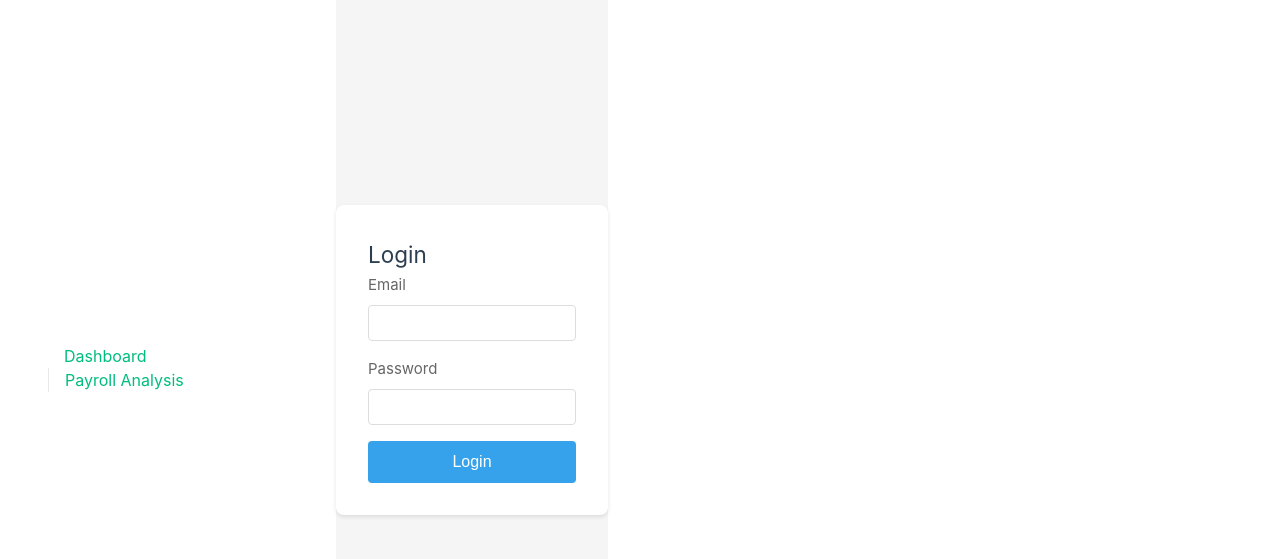
Repository: nino-pixel/payroll
Page: /login (app in web_vue/)
An editor plug-in stored every save of this project. The page is shown before and after the next save, followed by the edit.
The browser window is 1280 px wide. The pictures show the whole page.
The project was rebuilt for these pictures with package versions that can differ from the ones it lists, and the page was loaded fresh each time. Also part of the build but not shown: web_vue/vite.config.ts, web_vue/src/components/dashboard/Dashboard.vue, web_vue/src/components/payroll/PayrollDashboard.vue.

Above is the page before, as saved 2024-12-16 15:40:21.

After the next save:
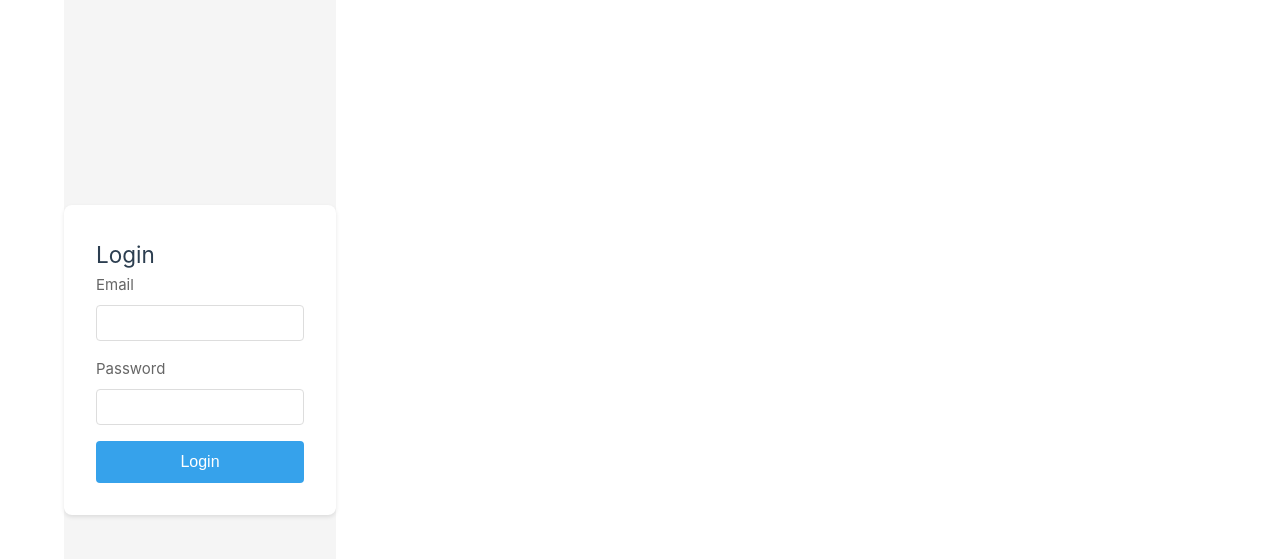
Saved 3 s later.
--- a/web_vue/src/App.vue
+++ b/web_vue/src/App.vue
@@ -1,13 +1,20 @@
 <script setup lang="ts">
 import { RouterLink, RouterView } from 'vue-router'
+import { useAuthStore } from './stores/auth'
+
+const auth = useAuthStore()
 </script>
 
 <template>
   <div id="app">
-    <header>
+    <header v-if="auth.isAuthenticated">
       <nav>
         <RouterLink to="/">Dashboard</RouterLink>
         <RouterLink to="/payroll">Payroll Analysis</RouterLink>
+        <div class="user-menu">
+          <span>{{ auth.user?.name }}</span>
+          <button @click="auth.logout" class="logout-btn">Logout</button>
+        </div>
       </nav>
     </header>
     <main>
@@ -78,4 +85,24 @@ nav a:first-of-type {
     margin-top: 1rem;
   }
 }
+
+.user-menu {
+  margin-left: auto;
+  display: flex;
+  align-items: center;
+  gap: 1rem;
+}
+
+.logout-btn {
+  padding: 0.5rem 1rem;
+  background: #dc3545;
+  color: white;
+  border: none;
+  border-radius: 4px;
+  cursor: pointer;
+}
+
+.logout-btn:hover {
+  background: #c82333;
+}
 </style>
